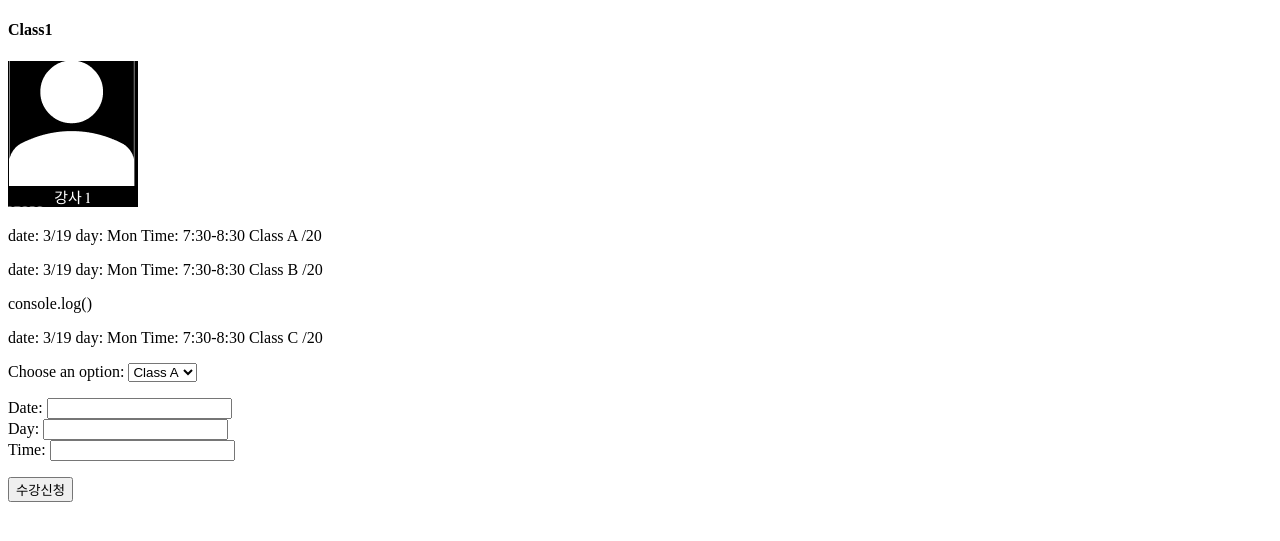
Repository: seonghun9906/semiProject
Page: http://localhost/drawAcademy/WEB-INF/views/Class/class1.jsp
These files come from the project's save history. The page is drawn as it stood at one moment and after the next save; the edit follows.
The browser window is 1280 px wide. The pictures show the whole page.
The page is served by Tomcat 9. Nobody is signed in. The template is opened directly, without the code that normally fills it, so the values that code supplies are empty.

Above is the page before, as saved 2024-02-22 01:34:10.

After the next save:
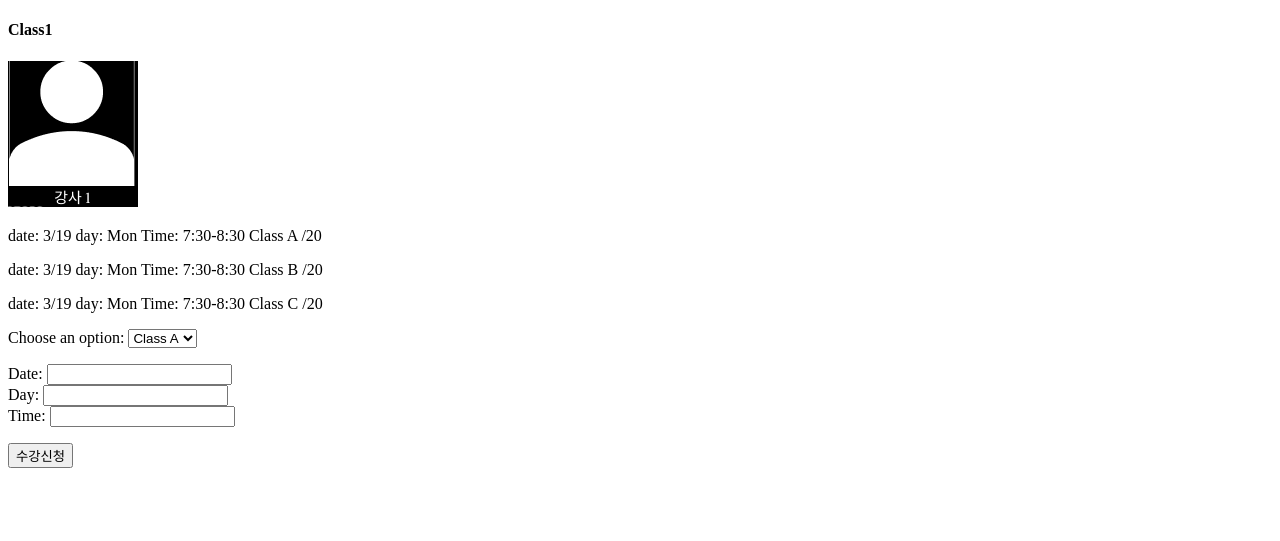
Saved 16 s later.
--- a/drawAcademy/src/main/webapp/WEB-INF/views/Class/class1.jsp
+++ b/drawAcademy/src/main/webapp/WEB-INF/views/Class/class1.jsp
@@ -53,7 +53,6 @@
     <span>Class B</span>
     <span>${cServ.classLimit("classB")}/20</span>
 </p>
-console.log(${cServ.classLimit("classB")})
 <p>
     <span>date: 3/19</span>
     <span>day: Mon</span>
@@ -78,4 +77,7 @@ console.log(${cServ.classLimit("classB")})
     <input type="submit" value="수강신청">
 </form>
 </body>
+<script type="text/javascript">
+console.log(${cServ.classLimit("classB")})
+</script>
 </html>
